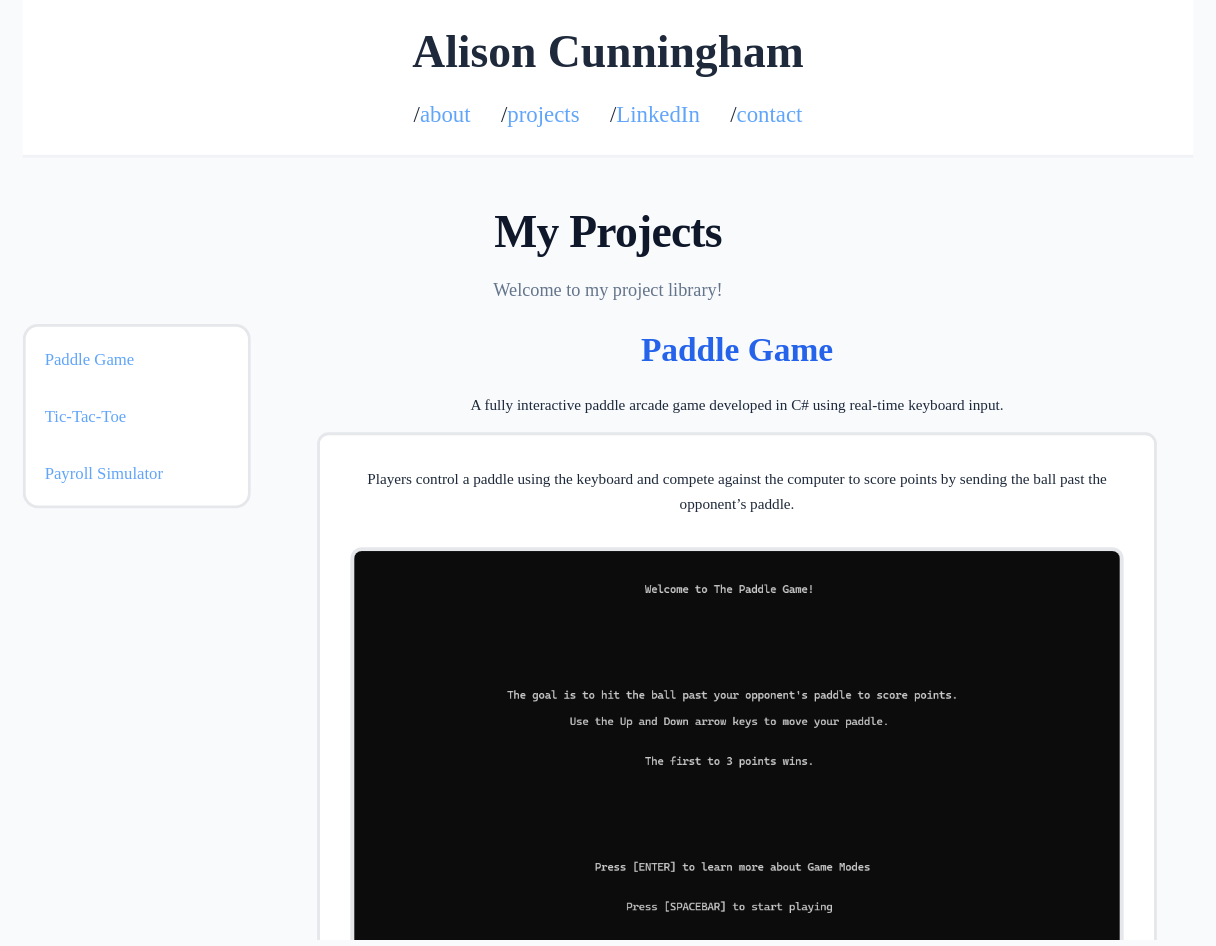
Repository: alison-cunningham/alison-cunningham
Page: pages/main-projects-page.html
An editor plug-in stored every save of this project. The page is shown before and after the next save, followed by the edit.
The browser window is 1280 px wide. The pictures show the whole page, at 95% of full size.
Some web fonts or font styles are not loaded; a fallback is used.

Above is the page before, as saved 2026-05-12 21:16:41.

After the next save:
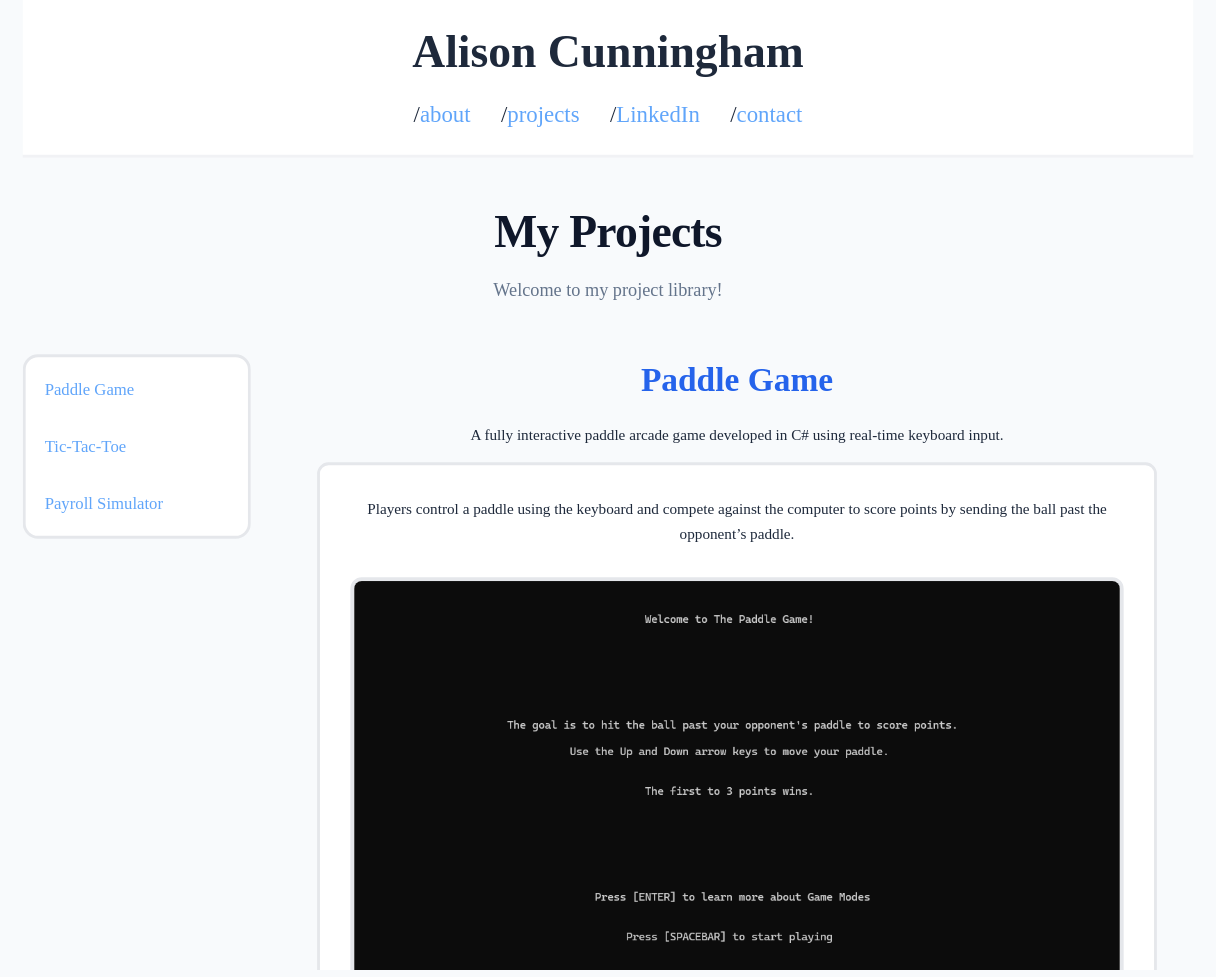
Saved 95 s later.
--- a/styles/pages.css
+++ b/styles/pages.css
@@ -171,6 +171,10 @@ iframe{
         width:100%;
     }
 
+    .main-header{
+        padding-bottom: 2rem;
+    }
+
 }
 
 @media (min-width: 1000px){
